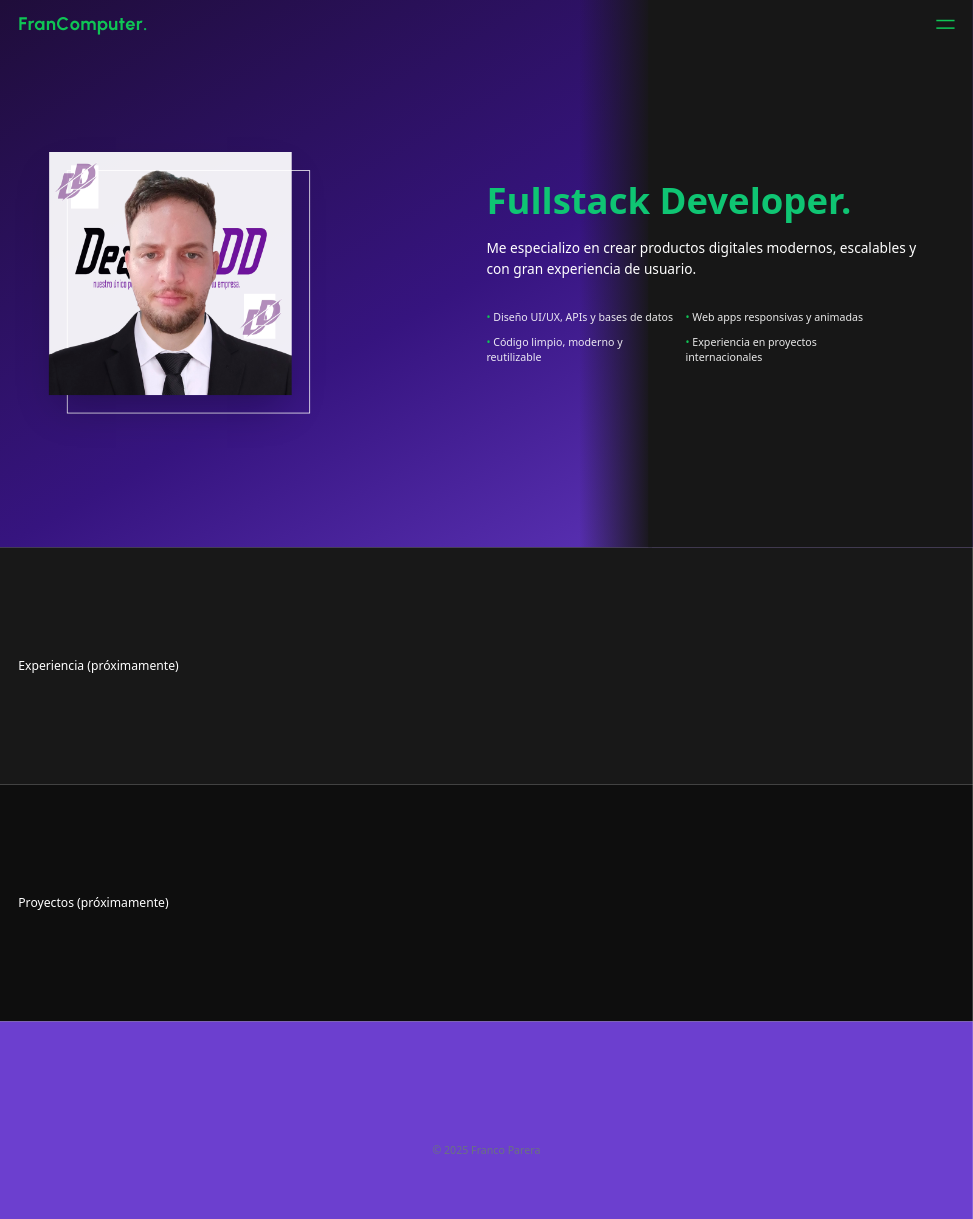
Repository: francoluca35/portfolio-franco-dev
Page: /
The author's editor kept a copy of each file at every save. The page is drawn from the files as they stood at one save, then again after the next save.
The browser window is 1280 px wide. The pictures show the whole page, at 76% of full size.
The project was rebuilt for these pictures with package versions that can differ from the ones it lists, and the page was loaded fresh each time. The framework's server and built-in components were replaced by stand-ins that run in the browser. Also part of the build but not shown: next.config.js.

Above is the page before, as saved 2025-05-06 02:20:27.

After the next save:
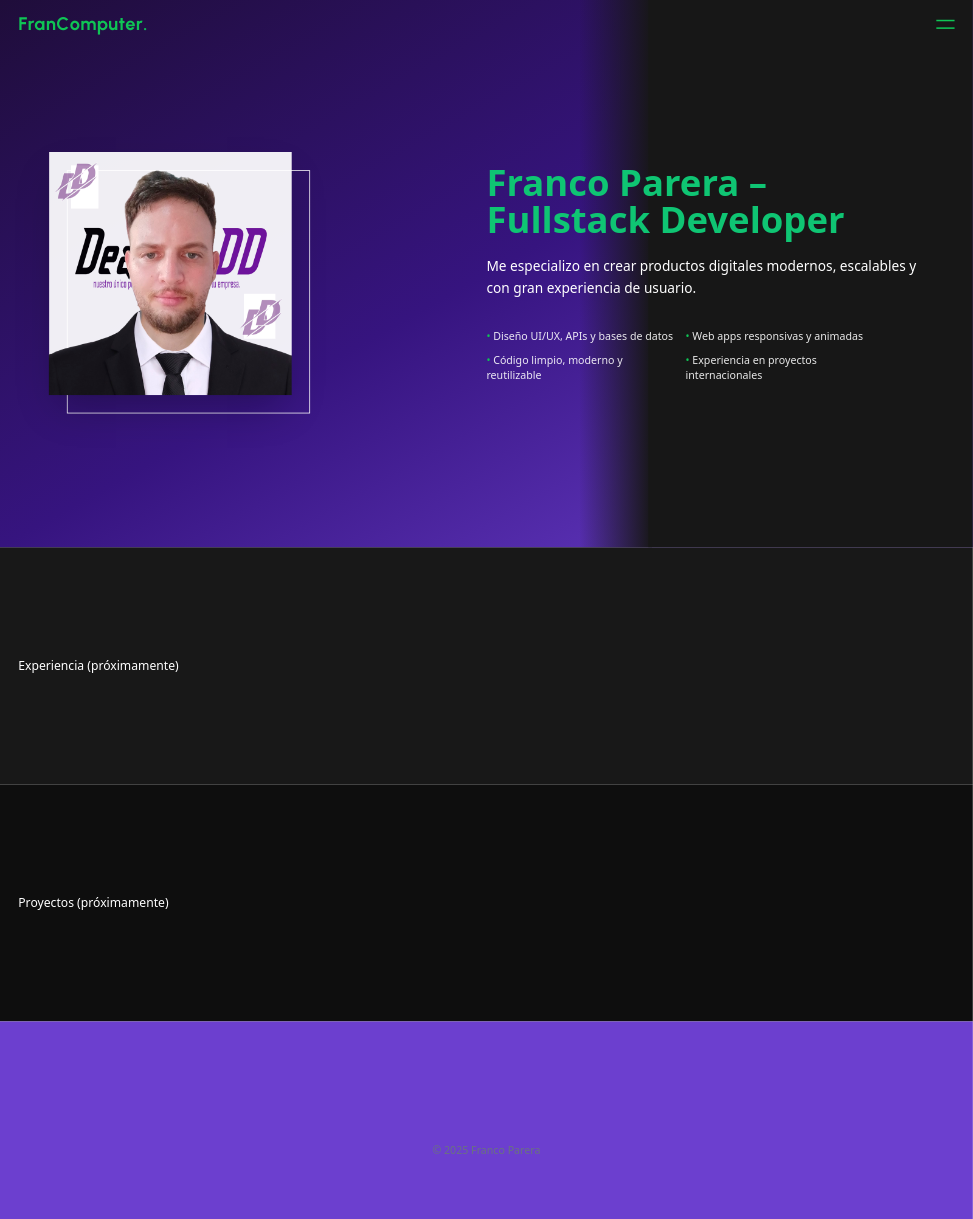
Saved 88 s later.
--- a/components/Hero.jsx
+++ b/components/Hero.jsx
@@ -4,7 +4,10 @@
 
 export default function Hero() {
   return (
-    <section className="-mt-20 relative w-full min-h-screen text-white flex items-center justify-center sm:px-12 py-20 bg-gradient-to-br from-[#1f0d3a] via-[#36147f] to-[#6C3FCF]">
+    <section
+      aria-label="Presentación de Franco Parera como Fullstack Developer"
+      className="-mt-20 relative w-full min-h-screen text-white flex items-center justify-center sm:px-12 py-20 bg-gradient-to-br from-[#1f0d3a] via-[#36147f] to-[#6C3FCF]"
+    >
       {/* Fondo negro a la derecha */}
       <div className="hidden md:block absolute top-0 right-0 w-1/3 h-full bg-[#171717] z-0" />
 
@@ -13,21 +16,18 @@
 
       {/* Contenido */}
       <div className="relative z-20 max-w-6xl w-full flex flex-col items-center md:flex-row md:items-center md:justify-between gap-10 md:gap-0">
-        {/* Imagen arriba en mobile, a la derecha en desktop */}
+        {/* Imagen */}
         <motion.div
           initial={{ opacity: 0, scale: 0.95 }}
           animate={{ opacity: 1, scale: 1 }}
           transition={{ duration: 0.6 }}
           className="relative flex justify-center"
         >
-          {/* Cuadro blanco detrás */}
           <div className="absolute top-6 left-6 w-60 h-60 md:w-80 md:h-80 border border-white z-0" />
-
-          {/* Imagen principal */}
           <div className="relative w-70 h-70 md:w-80 md:h-80 shadow-2xl overflow-hidden z-10">
             <Image
               src="/assets/yo-franco.png"
-              alt="Foto de Franco"
+              alt="Franco Parera - desarrollador fullstack con traje"
               fill
               className="object-cover"
               priority
@@ -35,7 +35,7 @@
           </div>
         </motion.div>
 
-        {/* Texto debajo en mobile, izquierda en desktop */}
+        {/* Texto */}
         <div className="text-center md:text-left md:w-1/2 space-y-6">
           <motion.h1
             initial={{ opacity: 0, y: 20 }}
@@ -43,7 +43,7 @@
             transition={{ duration: 0.6 }}
             className="text-4xl sm:text-5xl font-extrabold text-[#0fc573]"
           >
-            Fullstack Developer.
+            Franco Parera – Fullstack Developer
           </motion.h1>
 
           <motion.p
@@ -55,31 +55,31 @@
             Me especializo en crear productos digitales modernos, escalables y
             con gran experiencia de usuario.
           </motion.p>
-          <motion.p
+
+          {/* Lista de habilidades */}
+          <motion.div
             initial={{ opacity: 0, y: 20 }}
             animate={{ opacity: 1, y: 0 }}
             transition={{ delay: 0.2, duration: 0.6 }}
-            className="text-base sm:text-lg text-white max-w-xl mx-auto md:mx-0"
+            className="grid grid-cols-1 sm:grid-cols-2 gap-3 text-sm text-white/90 max-w-lg mx-auto md:mx-0 pt-4"
           >
-            <div className="grid grid-cols-1 sm:grid-cols-2 gap-3 text-sm text-white/90 max-w-lg mx-auto md:mx-0 pt-4">
-              <p>
-                <span className="text-[#0fc555]">•</span> Diseño UI/UX, APIs y
-                bases de datos
-              </p>
-              <p>
-                <span className="text-[#0fc555]">•</span> Web apps responsivas y
-                animadas
-              </p>
-              <p>
-                <span className="text-[#0fc555]">•</span> Código limpio, moderno
-                y reutilizable
-              </p>
-              <p>
-                <span className="text-[#0fc555]">•</span> Experiencia en
-                proyectos internacionales
-              </p>
-            </div>
-          </motion.p>
+            <p>
+              <span className="text-[#0fc555]">•</span> Diseño UI/UX, APIs y
+              bases de datos
+            </p>
+            <p>
+              <span className="text-[#0fc555]">•</span> Web apps responsivas y
+              animadas
+            </p>
+            <p>
+              <span className="text-[#0fc555]">•</span> Código limpio, moderno y
+              reutilizable
+            </p>
+            <p>
+              <span className="text-[#0fc555]">•</span> Experiencia en proyectos
+              internacionales
+            </p>
+          </motion.div>
         </div>
       </div>
     </section>

After the 3 saves that followed:
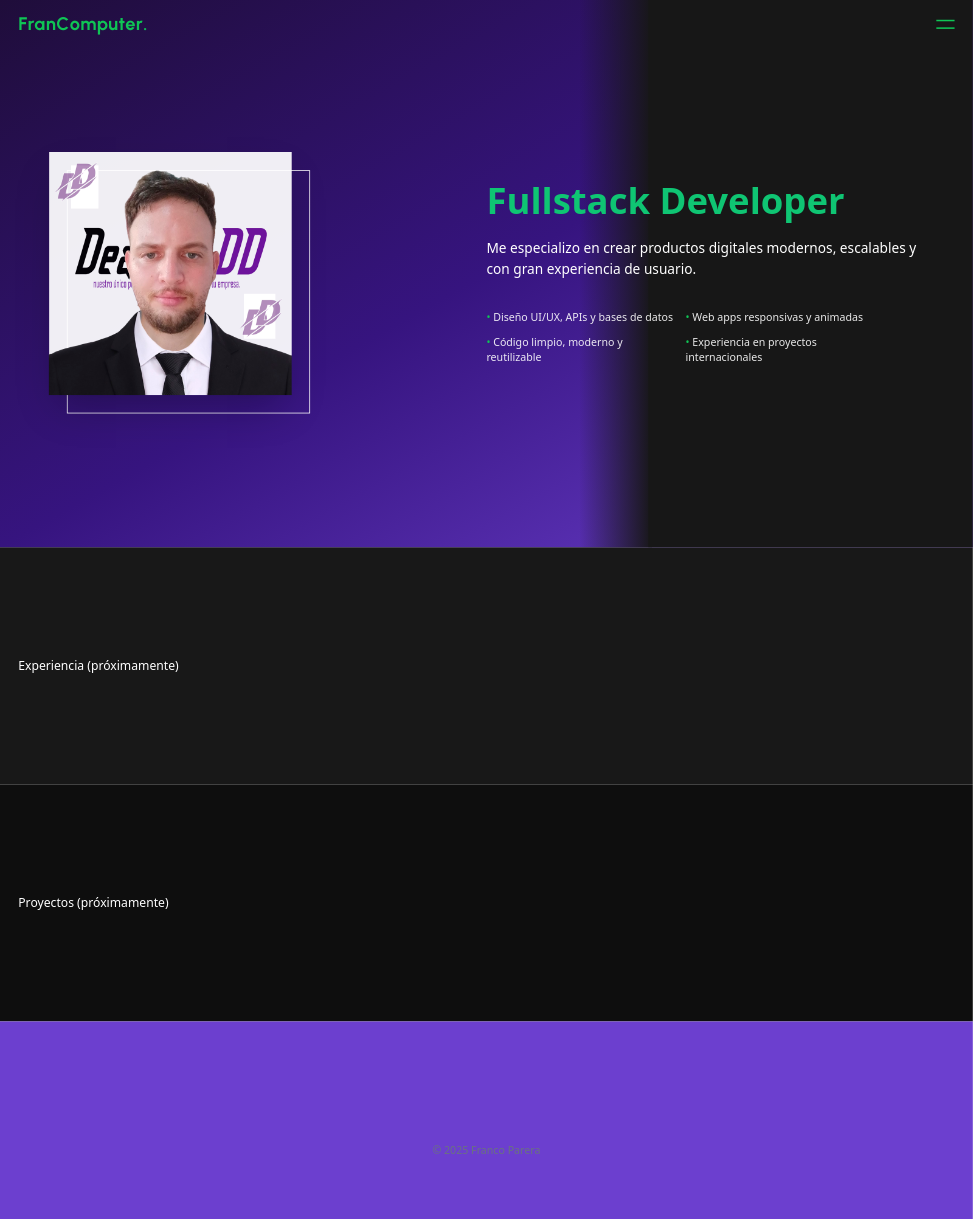
The 3 saves are shown as one change because 2 left the picture as it was.
The last was saved 67 s later.
--- a/components/Hero.jsx
+++ b/components/Hero.jsx
@@ -27,7 +27,7 @@
           <div className="relative w-70 h-70 md:w-80 md:h-80 shadow-2xl overflow-hidden z-10">
             <Image
               src="/assets/yo-franco.png"
-              alt="Franco Parera - desarrollador fullstack con traje"
+              alt="Franco Parera - desarrollador fullstack"
               fill
               className="object-cover"
               priority
@@ -43,7 +43,7 @@
             transition={{ duration: 0.6 }}
             className="text-4xl sm:text-5xl font-extrabold text-[#0fc573]"
           >
-            Franco Parera – Fullstack Developer
+            Fullstack Developer
           </motion.h1>
 
           <motion.p
